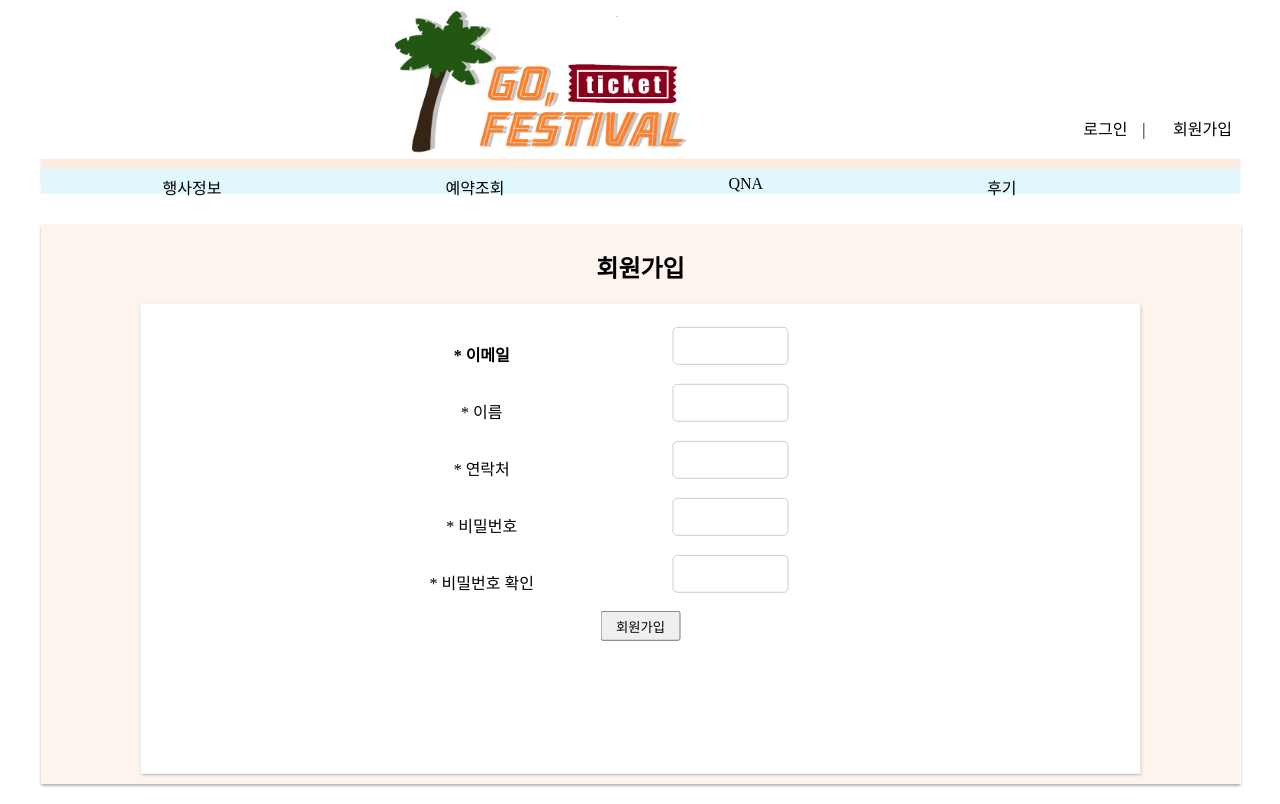
Repository: Changgyu1/Chang_Gu
Page: http://localhost/Project/register.jsp
An editor plug-in stored every save of this project. The page is shown before and after the next save, followed by the edit.
The browser window is 1280 px wide. The pictures show the whole page.
Some web fonts or font styles are not loaded; a fallback is used. The page is served by Tomcat 9. Other server files are loaded and not shown.

Above is the page before, as saved 2023-11-14 09:44:10.

### Project/src/main/webapp/register.jsp
<%@ page language="java" contentType="text/html; charset=UTF-8"
	pageEncoding="UTF-8"%>
<%@ page import="register.event.registerDAO"%>
<%@ page import="register.event.registerDTO"%>
<%@ page import="java.io.PrintWriter"%>
<!DOCTYPE html>
<html lang="UTF-8">
<head>
<meta charset="UTF-8">
<meta name="viewport" content="width=device-width, initial-scale=1.0">
<title>예약</title>
<link rel="stylesheet" type="text/css" href="./css/event.css">
<link rel="stylesheet" type="text/css"
	href="./hjCss/reservationSearch.css">
	<style>
	.center-register{
	   width:500px;
    margin: auto;

	}
	table, td, th {
    border-right:none;

border-left:none;

border-top:none;

border-bottom:none;

}

input[type="text"], input[type="email"], input[type="password"] {

}
	</style>
</head>
<body>
	<div id="wrapper">
		<!--로고이미지-->
		<img src="./image/로고1.png" id="logo">
		<!--로그인 버튼-->
		<div style="text-align: right; width: 1215px;">
			<%
			if (session.getAttribute("email") != null) {
			%>
			<button type="button" onclick="location.href='logout.jsp'"
				style="width: 75px;">로그아웃</button>
			<h>|</h>
			<button type="button"
				onclick="location.href='mypageServlet?email=<%=session.getAttribute("email")%>'"
				style="width: 100px;">마이페이지</button>
			<%
			} else {
			%>
			<button type="button" onclick="location.href='login.jsp'"
				style="width: 60px;">로그인</button>
			<h>|</h>
			<button type="button" onclick="location.href='join.jsp'"
				style="width: 100px;">회원가입</button>
			<%
			}
			%>

		</div>

		<!-- 메뉴바 -->
		<div id="buttons">
			<ul>
				<li onclick="location.href='review_list.jsp'">후기</li>
				<li onclick="location.href='Qna_List.jsp'">QNA</li>
				<li onclick="location.href='reservation_search.jsp'">예약조회</li>
				<li onclick="location.href='Event_List.jsp'">행사정보</li>
			</ul>
		</div>
		<!-- 가운데 가장 큰 박스 -->
		<div id="background">

			<h2 style="padding-top: 15px">회원가입</h2>
			<!-- 안에 글넣는 하얀 박스-->
			<div id="reviewbox">
				<!-- 회원가입 -->
				<form action="register" method="post" onsubmit="return Check()">
					<table class="center-register">
						<thead class="registerInfo">
							<tr>
								<th>* 이메일</th>
								<th><input type="email" id="email" name="email" class="input-reg" required></th>
							</tr>
						</thead>
						<tbody>
							<tr>
								<td>* 이름</td>
								<td><input type="text" id="name" name="name" class="input-reg" required> </td>
							</tr>
							<tr>
								<td>* 연락처</td>
								<td><input type="text" id="phonenumber" name="phonenumber" class="input-reg" required></td>
							</tr>
							<tr>
								<td>* 비밀번호</td>
								<td><input type="password" id="password" name="password" class="input-reg" required></td>
							</tr>
							<tr>
								<td>* 비밀번호 확인</td>
								<td><input type="password" id="passwordcheck" name="passwordcheck" class="input-reg" required></td>
							</tr>
						</tbody>
					</table>
					<input type="submit" onclick="Check()" value="회원가입"
						style="width: 80px; height: 30px;">
				</form>
			</div>
		</div>

	</div>
</body>
</html>

### Project/src/main/webapp/css/event.css
@font-face {
    font-family: 'NanumSquareNeo-Variable';
    src: url('https://cdn.jsdelivr.net/gh/projectnoonnu/noonfonts_11-01@1.0/NanumSquareNeo-Variable.woff2') format('woff2');
    font-weight: normal;
    font-style: normal;
}

    *{
    font-family: 'NanumSquareNeo-Variable';
    }

     body{
 	   	 position: absolute;
            padding: 20px;
            top: 50%;
            left: 50%;
            transform: translate(-50%, -50%);
    }



    #logo{
        width:300px;
        margin-left:350px;
        margin-bottom:-56px;
        margin-top:50px;
    }


       #searchbox{
     margin-right:100px;
        }


    #buttons{
        background:rgba(150, 230, 248, 0.295);
        height: 25px;
        width: 1200px;
        box-shadow: 0px -10px 0px rgba(249, 220, 201, 0.575);
        margin-top: 25px;

    }

    button{
        border:none;
        background:none;
        margin: 3px;
        font-size: 16px;
        width: 250px;

    }

    #background{
        background-color:rgba(249, 220, 201, 0.326);
        width: 1200px;
        height: 550px;
        margin-top: 30px;

        box-shadow: 0px 2px 3px rgb(161, 160, 159);
        padding-top:10px;

    }



    #reviewbox{

    	padding-top:20px;
    	max-width: 1000px;
        height: 450px;
        margin-left:auto;
        margin-right:auto;
        background-color: #ffffff;
        text-align:center;
        box-shadow: 0px 1px 3px rgb(161, 160, 159);
        margin-top : 20px;


    }


    #review{
    margin:10px;
    width:700px;
    height:250px;

    }

    #review_title{
    margin:10px;
     width:700px;
    height:30px;

    }



    h2{
    font-family: 'NanumSquareNeo-Variable';
 	margin-top:0px;
    text-align: center;
    }


    #list{

            background-color: rgba(149, 150, 149, 0.055);
            border: 1px solid gray;
            border-collapse: collapse;
            padding: 10px;
            width:900px;
            text-align: center;
            margin-left:auto;
   			margin-right:auto;

        }





        #textbox{
        margin-right:100px;
        }

ul{
		list-style:none;
	}
	li{
		float:right;
		margin: 6px 224px 0px 0;
	}

### Project/src/main/webapp/hjCss/reservationSearch.css


/* 입력 필드 스타일 */
input[type="text"],
input[type="email"],
 input[type="password"]{
    width: 30%;
    padding: 10px;
    margin-bottom: 15px;
    border: 1px solid #ccc;
    border-radius: 5px;
}


li{
		float:right;
		margin: 6px 224px 0px 0;
}


div#r_search {
    margin-top: 123px;
}

li#info{
	list-style:none;

}

After the next save:
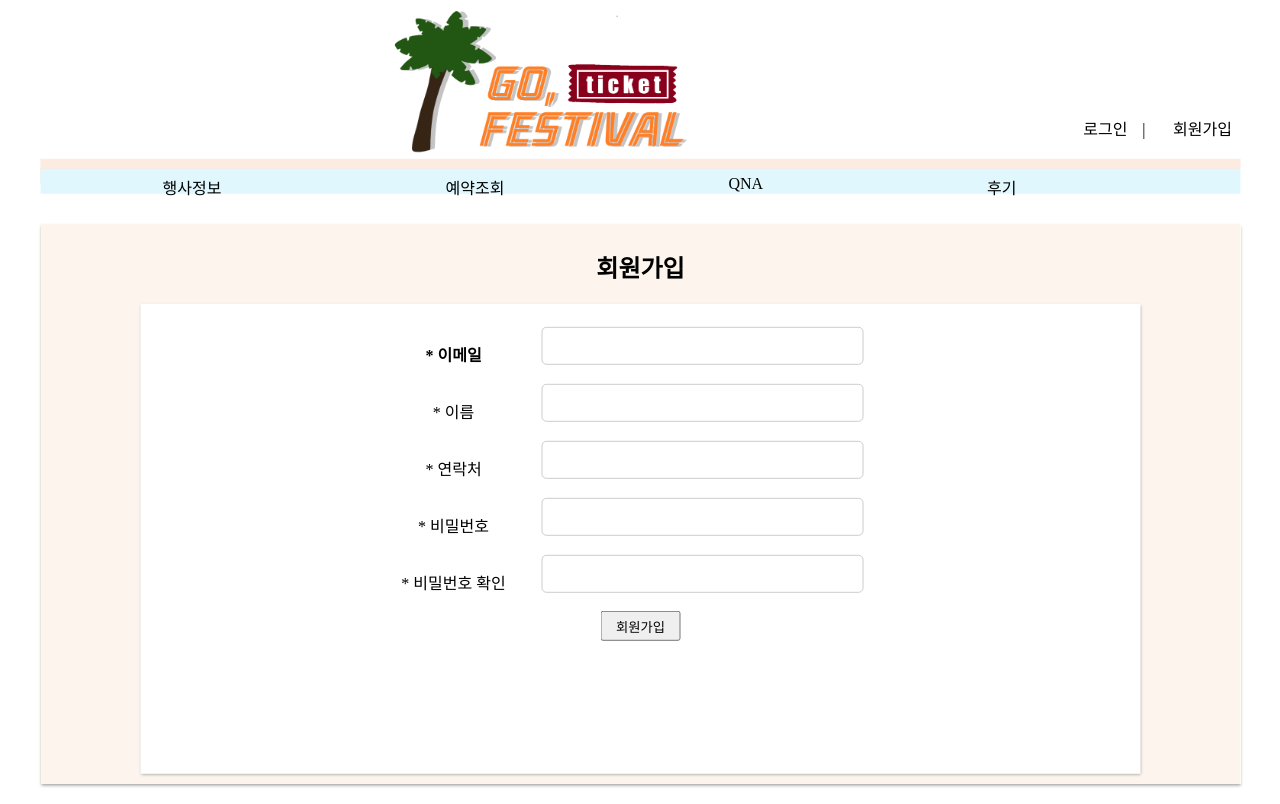
Saved 33 s later.
--- a/Project/src/main/webapp/register.jsp
+++ b/Project/src/main/webapp/register.jsp
@@ -30,7 +30,7 @@ border-bottom:none;
 }
 
 input[type="text"], input[type="email"], input[type="password"] {
-
+	width: 300px;
 }
 	</style>
 </head>
